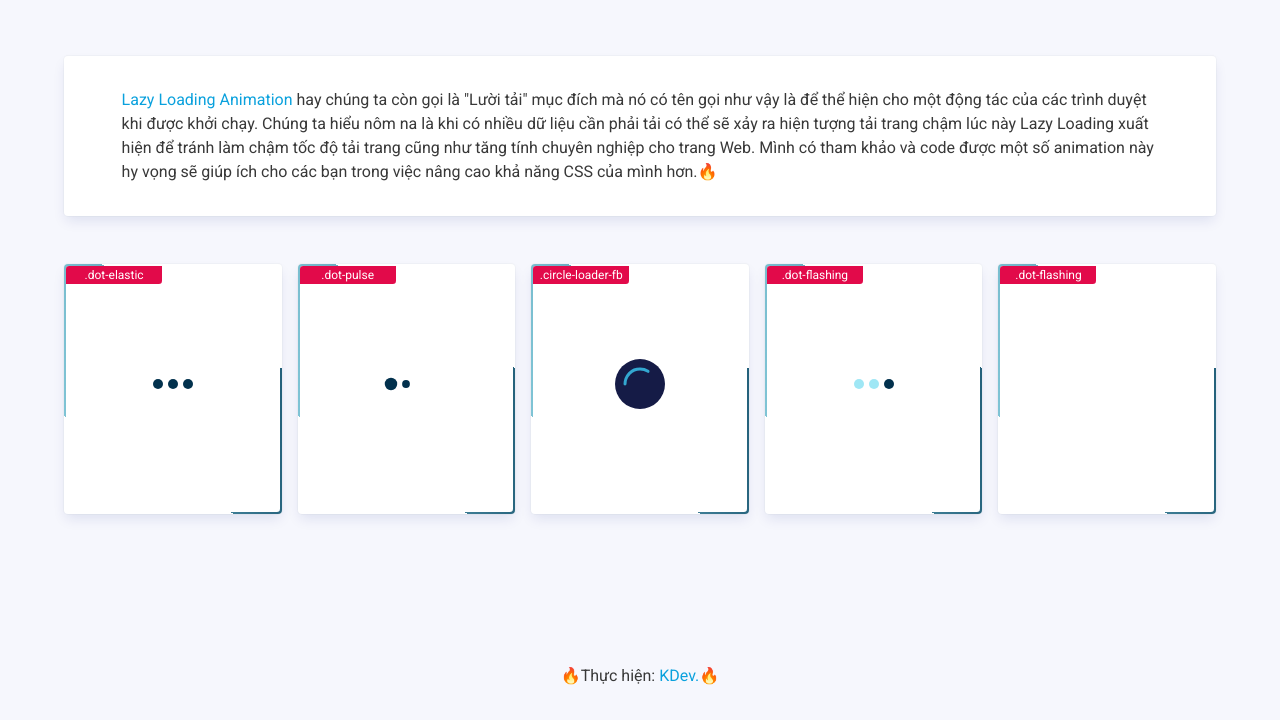
Repository: haokiet2501/lazy-loader-animation
Page: index.html
The author's editor kept a copy of each file at every save. The page is drawn from the files as they stood at one save, then again after the next save.
The browser window is 1280 px wide. The pictures show the whole page.
The style sheet was rebuilt from its Sass, Less or Tailwind sources for each picture, by a compiler version that may differ from the author's.

Above is the page before, as saved 2022-05-07 15:38:34.

After the next save:
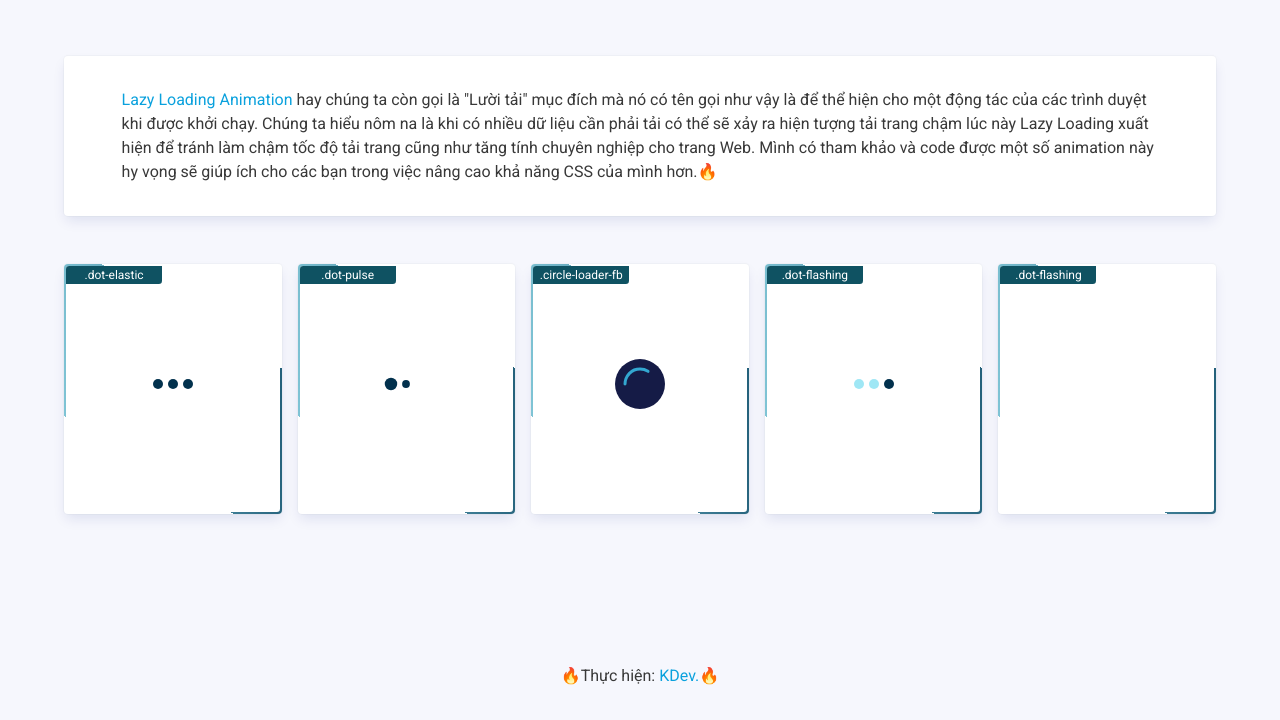
Saved 38 s later.
--- a/sass/styles.scss
+++ b/sass/styles.scss
@@ -69,7 +69,7 @@ $color-text: #383838;
     left: -.55rem;
     padding: 2px 5px;
     text-align: center;
-    background-color: #E20A4A;
+    background-color: #0F5262;
     width: 6rem;
     font-size: .75rem;
     color: #fff;
